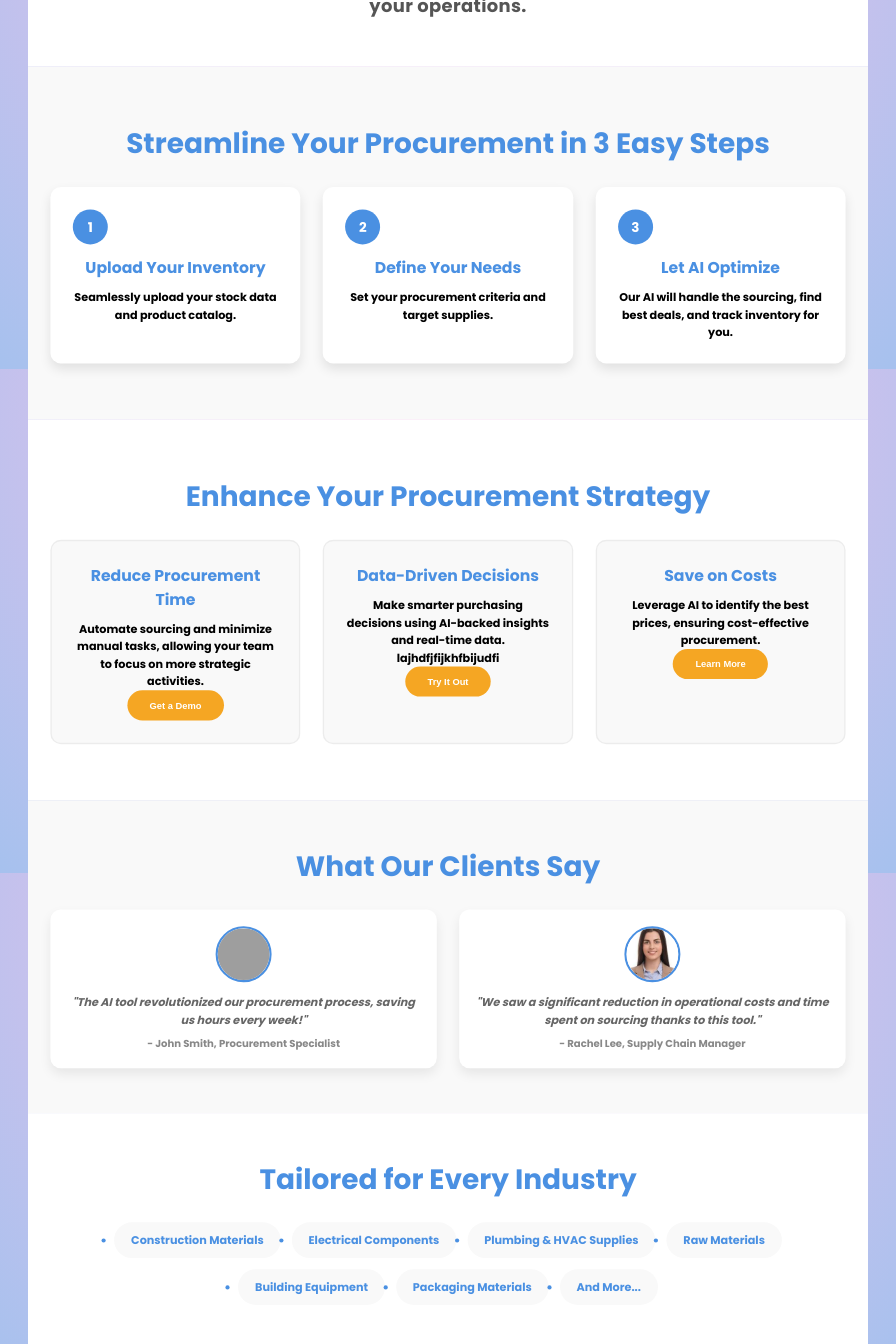
Repository: aabhashbasnet/SSNCorporation
Page: /who-we-serve/suppliers
The author's editor kept a copy of each file at every save. The page is drawn from the files as they stood at one save, then again after the next save.
The browser window is 1280 px wide. The pictures show the part of the page from y = 913 to 2833 px (the page is 3136 px tall), at 70% of full size.
Pictures or frames that could not be fetched are drawn as grey boxes. The project was rebuilt for these pictures with package versions that can differ from the ones it lists, and the page was loaded fresh each time. Also part of the build but not shown: src/components/Main/Main.jsx, src/components/Working/Working.css, src/components/Working/Working.jsx, src/components/Footer/Footer.jsx, src/pages/OurMission/OurMission.jsx, src/pages/LoginSignUp/LoginSignUp.css, src/pages/LoginSignUp/LoginSignUp.jsx, src/pages/Industries/Industries.jsx and 12 more.

Above is the page before, as saved 2025-02-11 13:17:28.

After the next save:
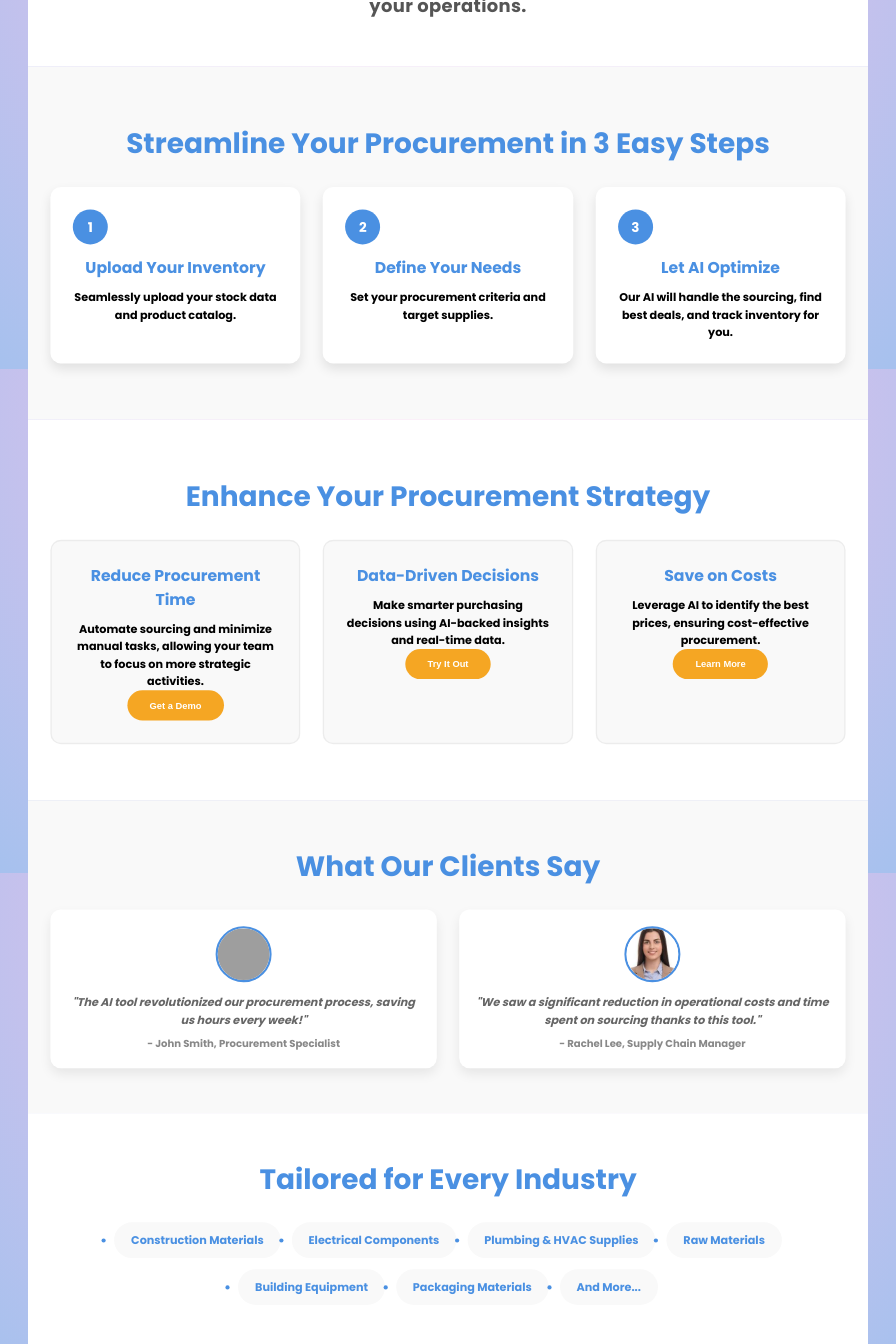
Saved 5 s later.
--- a/src/pages/WhoWeServe/Suppliers.jsx
+++ b/src/pages/WhoWeServe/Suppliers.jsx
@@ -62,7 +62,7 @@ const Suppliers = () => {
           <div className="benefit">
             <h3>Data-Driven Decisions</h3>
             <p>
-              Make smarter purchasing decisions using AI-backed insights and real-time data. lajhdfjfijkhfbijudfi
+              Make smarter purchasing decisions using AI-backed insights and real-time data.
             </p>
             <button className="cta-demo">Try It Out</button>
           </div>
